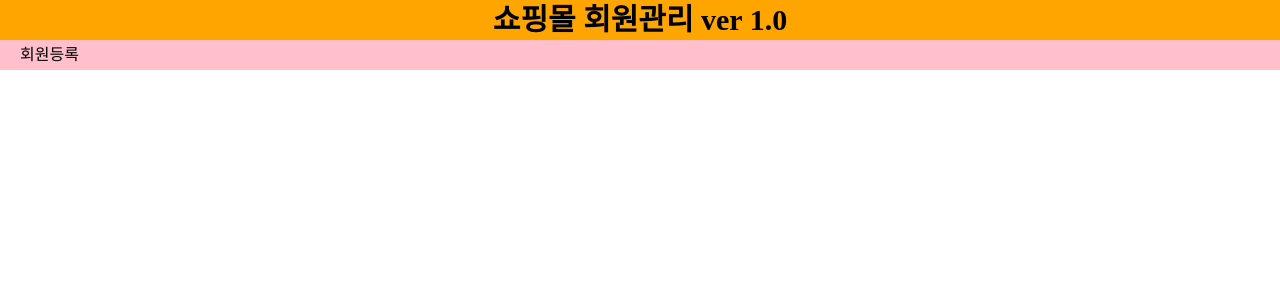
Repository: pcshoya/hrdkorea
Page: http://localhost/shopping_2-4반_/header.jsp
An editor plug-in stored every save of this project. The page is shown before and after the next save, followed by the edit.
The browser window is 1280 px wide. The pictures show the whole page.
The page is served by Tomcat 9.

Above is the page before, as saved 2025-03-18 05:33:30.

### shopping(2-4반)/src/main/webapp/header.jsp
<%@ page language="java" contentType="text/html; charset=UTF-8"
    pageEncoding="UTF-8"%>
<!DOCTYPE html>
<html>
<head>
<meta charset="UTF-8">
<title>shopping mall</title>
</head>
<body>
<header style="position:fixed;top:0px;left:0px;width:100%;height:40px;line-height:40px;background-color:orange;text-align:center;font-size:30px">
<b>쇼핑몰 회원관리 ver 1.0</b>
</header>

<nav style="position: fixed ; top: 40px ; left: 0px; width: 100% ; height: 30px ; line-height: 30px;
background-color: pink; padding-left: 20px ">
<a>회원등록</a>
</nav>

</body>
</html>

After the next save:
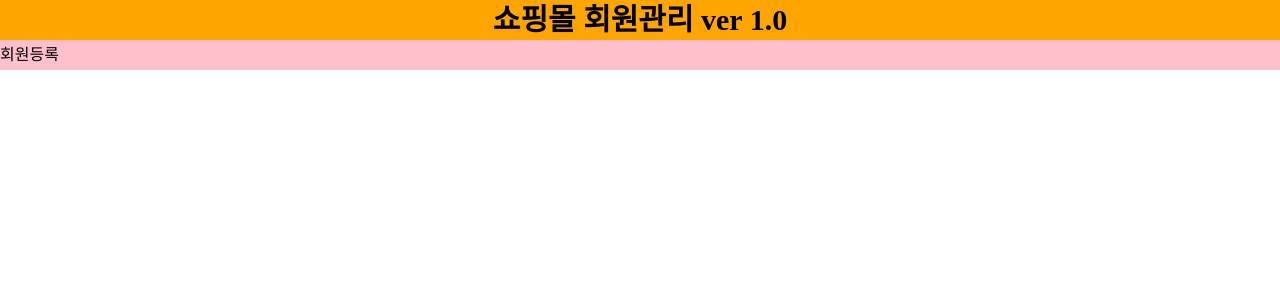
Saved 40 s later.
--- a/shopping(2-4반)/src/main/webapp/header.jsp
+++ b/shopping(2-4반)/src/main/webapp/header.jsp
@@ -12,7 +12,7 @@
 </header>
 
 <nav style="position: fixed ; top: 40px ; left: 0px; width: 100% ; height: 30px ; line-height: 30px;
-background-color: pink; padding-left: 20px ">
+background-color: pink;">
 <a>회원등록</a>
 </nav>
 

After the save that followed:
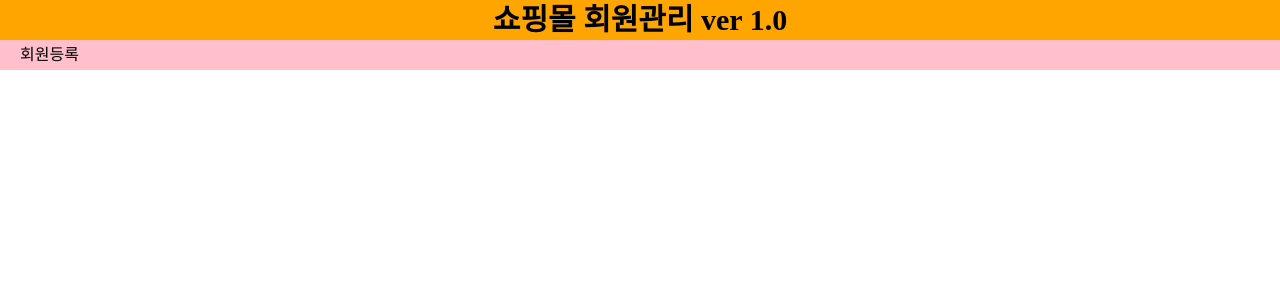
Saved 9 s later.
--- a/shopping(2-4반)/src/main/webapp/header.jsp
+++ b/shopping(2-4반)/src/main/webapp/header.jsp
@@ -12,7 +12,7 @@
 </header>
 
 <nav style="position: fixed ; top: 40px ; left: 0px; width: 100% ; height: 30px ; line-height: 30px;
-background-color: pink;">
+background-color: pink;padding-left: 20px">
 <a>회원등록</a>
 </nav>
 
